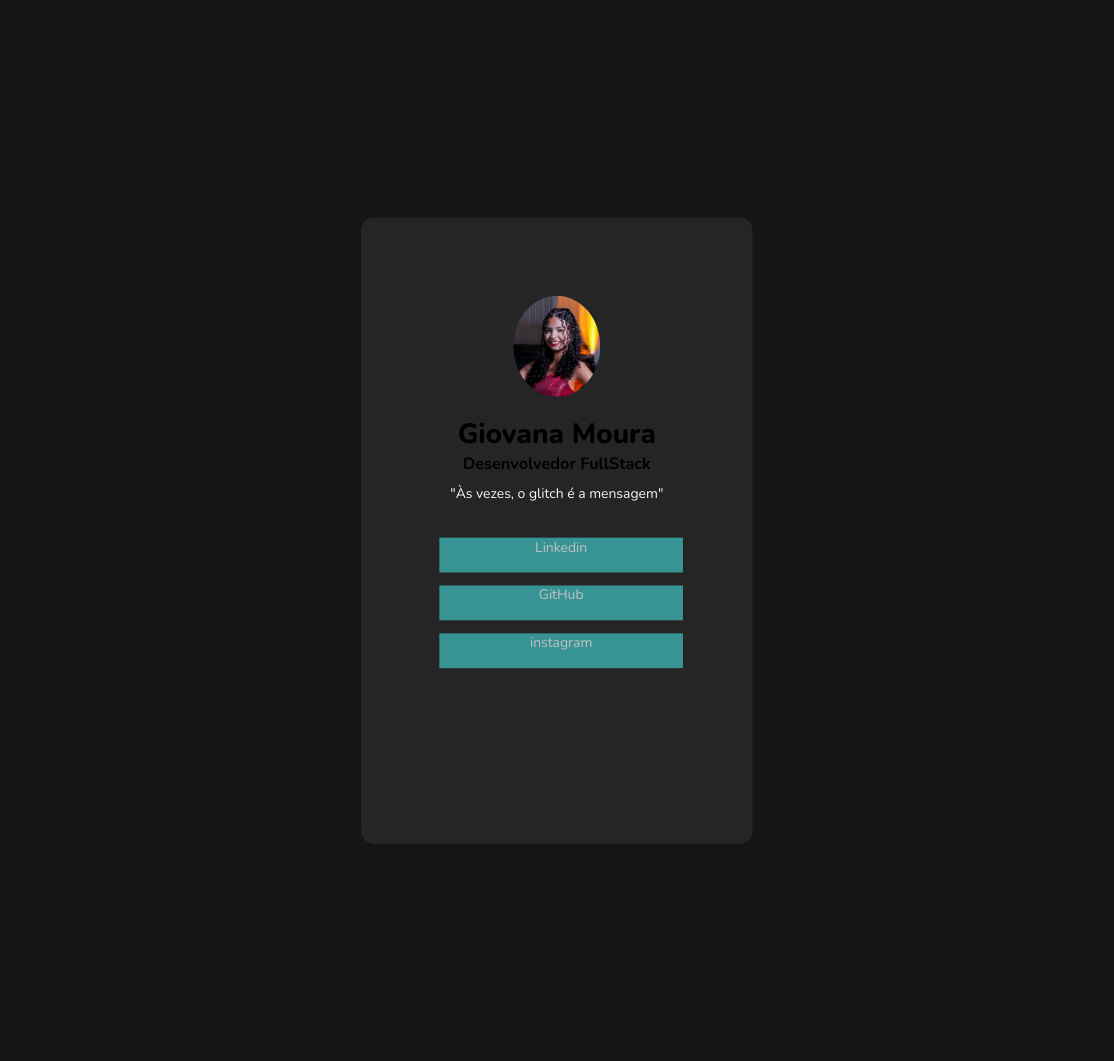
Repository: gimoli/linktree-giovana
Page: index.html
An editor plug-in stored every save of this project. The page is shown before and after a run of saves, followed by the edit.
The browser window is 1280 px wide. The pictures show the whole page, at 87% of full size.

Above is the page before, as saved 2025-04-11 10:12:38.

After the next 3 saves:
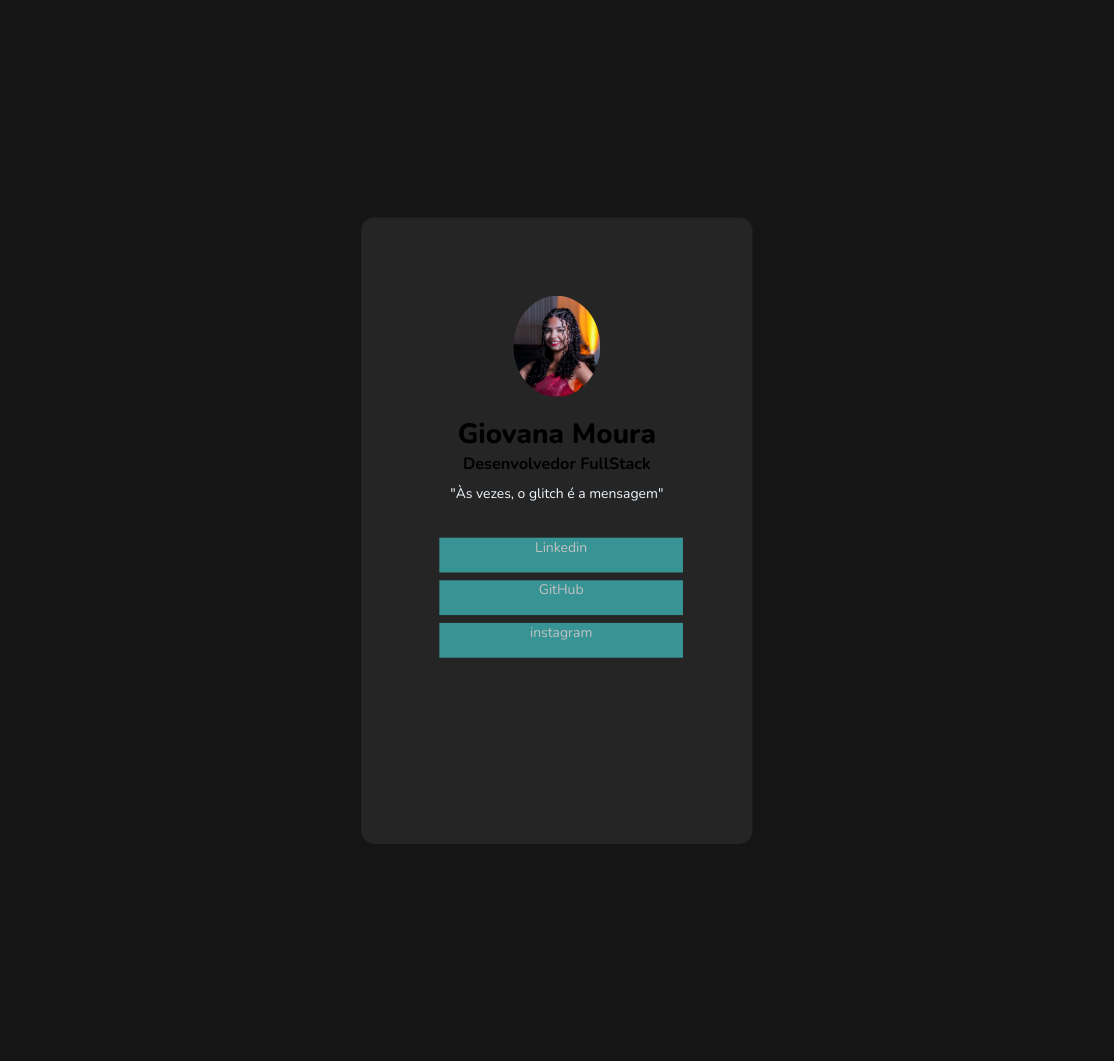
The 3 saves are shown as one change because they came seconds apart.
The last was saved 27 s later.
--- a/style.css
+++ b/style.css
@@ -65,7 +65,7 @@ body {
   width: 280px;
   height: 40px;
   background-color: rgb(56, 148, 148);
-  margin: 15px 0;
+  margin: 9px 0;
   padding
 
 }
